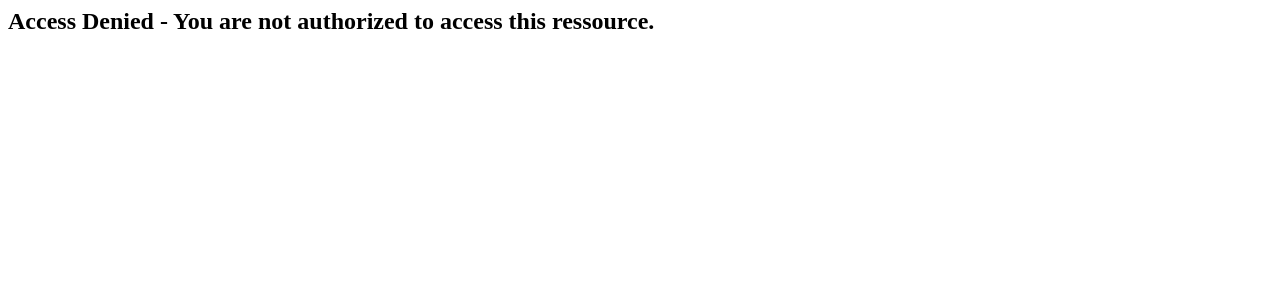
Repository: MOURAD1997-ctrl/dev-security
Page: http://localhost/spring-security-demo-07-user-roles/access-denied
An editor plug-in stored every save of this project. The page is shown before and after the next save, followed by the edit.
The browser window is 1280 px wide. The pictures show the whole page.
The page is served by Tomcat 9.

Above is the page before, as saved 2020-06-05 19:31:14.

After the next save:
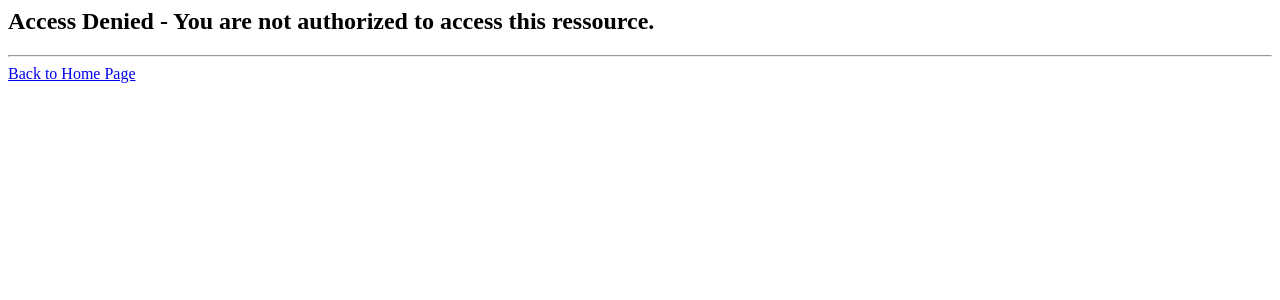
Saved 75 s later.
--- a/spring-security-demo-07-user-roles/src/main/webapp/WEB-INF/view/access-denied.jsp
+++ b/spring-security-demo-07-user-roles/src/main/webapp/WEB-INF/view/access-denied.jsp
@@ -5,8 +5,11 @@
 
 <body>
 
-<h2>Access Denied - You are not authorized to access this ressource.</h2>
+   <h2>Access Denied - You are not authorized to access this ressource.</h2>
 
+   <hr>
+
+   <a href="${pageContext.request.contextPath}/">Back to Home Page</a>
 </body>
 
 
